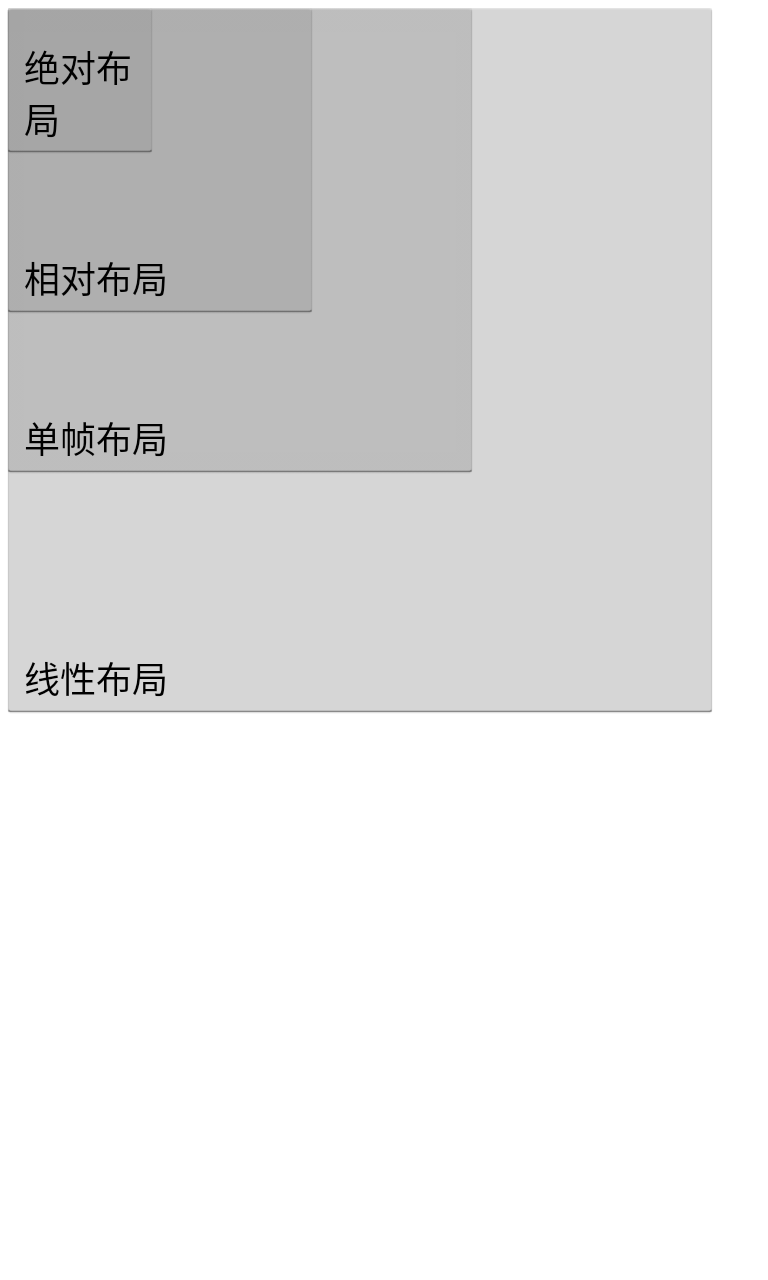
Repository: treizeor/android-examples
Layout: Ch003Layouts/res/layout/framelayout_main.xml
An editor plug-in stored every save of this project. The layout is shown before and after the next save, followed by the edit.
It is drawn on a 768 x 1280 px phone screen (xhdpi) without system bars, with theme AppTheme; the app's code is not run.

Above is the layout before, as saved 2014-06-02 02:57:57.

### Ch003Layouts/res/layout/framelayout_main.xml
<?xml version="1.0" encoding="utf-8"?>
<FrameLayout xmlns:android="http://schemas.android.com/apk/res/android"
    android:layout_width="match_parent"
    android:layout_height="match_parent" >


    <Button
        android:id="@+id/linear"
        android:layout_width="360dp"
        android:layout_height="360dp"
        android:gravity="bottom"
        android:text="@string/linear" />

    <Button
        android:id="@+id/frame"
        android:gravity="bottom"
        android:layout_width="240dp"
        android:layout_height="240dp"
        android:text="@string/frame" />

    <Button
        android:id="@+id/relative"
        android:gravity="bottom"
        android:layout_width="160dp"
        android:layout_height="160dp"
        android:text="@string/relative" />

    <Button
        android:id="@+id/abs"
        android:gravity="bottom"
        android:layout_width="80dp"
        android:layout_height="80dp"
        android:text="@string/abs" />

</FrameLayout>

### Ch003Layouts/res/values/strings.xml
<?xml version="1.0" encoding="utf-8"?>
<resources>

    <string name="app_name">Ch003Layouts</string>
    <string name="hello_world">Hello world!</string>
    <string name="action_settings">Settings</string>
    <string name="linear">线性布局</string>
    <string name="frame">单帧布局</string>
    <string name="relative">相对布局</string>
    <string name="abs">绝对布局</string>

</resources>

Loaded but not shown: Ch003Layouts/res/values/styles.xml (common file); Ch003Layouts/res/values-v11/styles.xml (common file); Ch003Layouts/res/values-v14/styles.xml (common file)

After the next save:
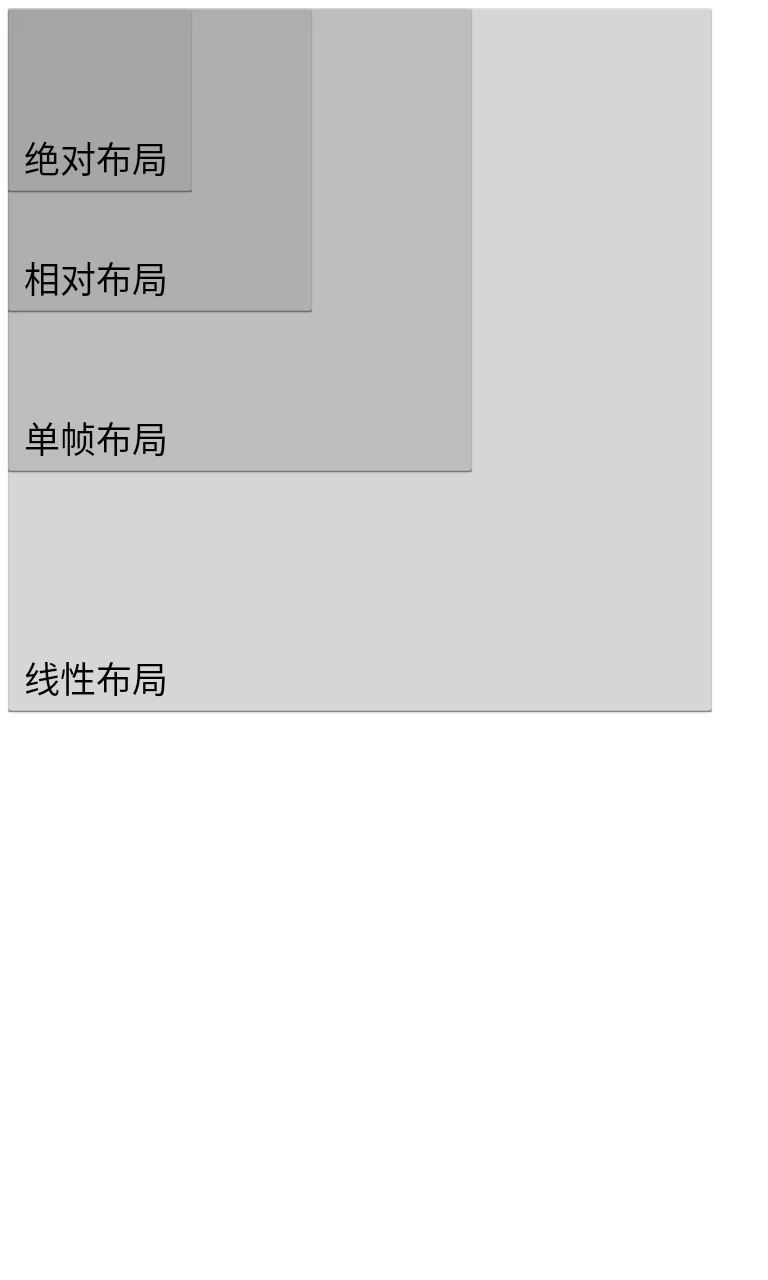
Saved 44 s later.
--- a/Ch003Layouts/res/layout/framelayout_main.xml
+++ b/Ch003Layouts/res/layout/framelayout_main.xml
@@ -28,8 +28,8 @@
     <Button
         android:id="@+id/abs"
         android:gravity="bottom"
-        android:layout_width="80dp"
-        android:layout_height="80dp"
+        android:layout_width="100dp"
+        android:layout_height="100dp"
         android:text="@string/abs" />
 
 </FrameLayout>
